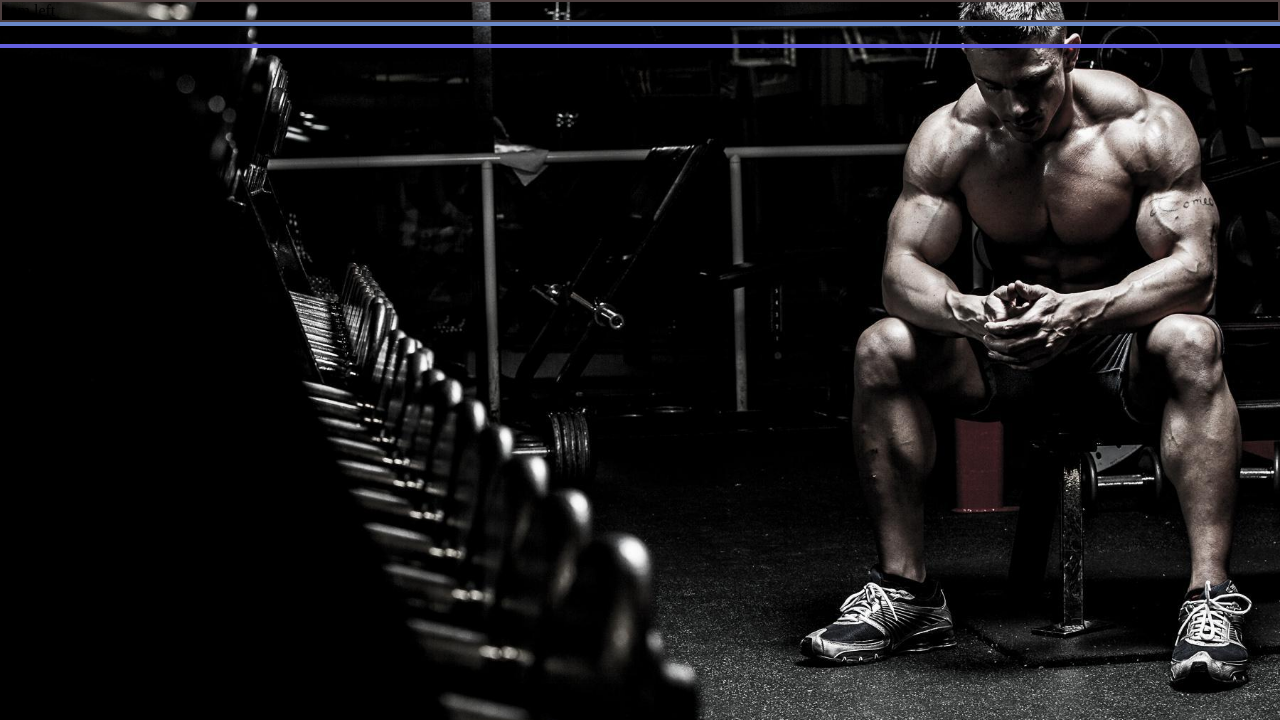
Repository: asthaasquare/project-1
Page: project-1/index.html
These files come from the project's save history. The page is drawn as it stood at one moment and after the next save; the edit follows.
The browser window is 1280 px wide. The pictures show the whole page.

Above is the page before, as saved 2024-05-09 10:10:16.

After the next save:
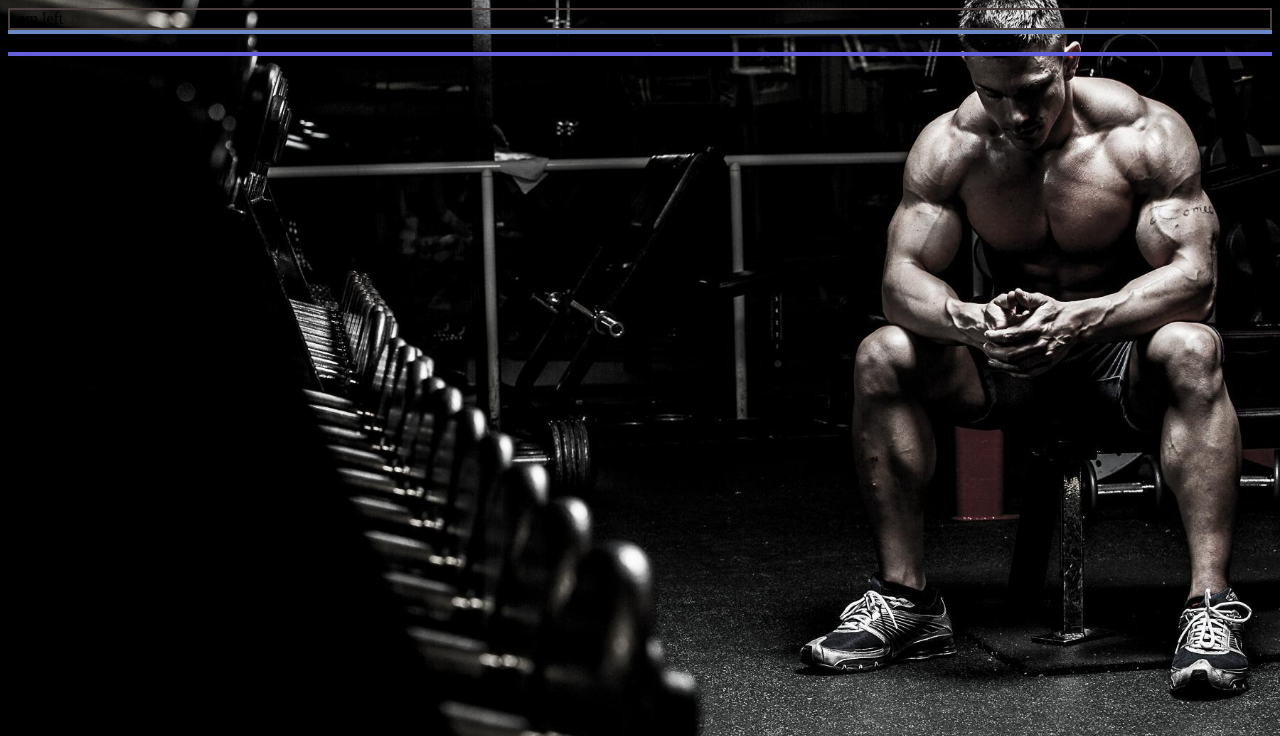
Saved 28 s later.
--- a/project-1/index.html
+++ b/project-1/index.html
@@ -6,6 +6,7 @@
     <title>Fit World</title>
     <style>
       body {
+        col
         margin: 0;
         padding: 0;
         background-image: url("img/1087639.jpg");

After the save that followed:
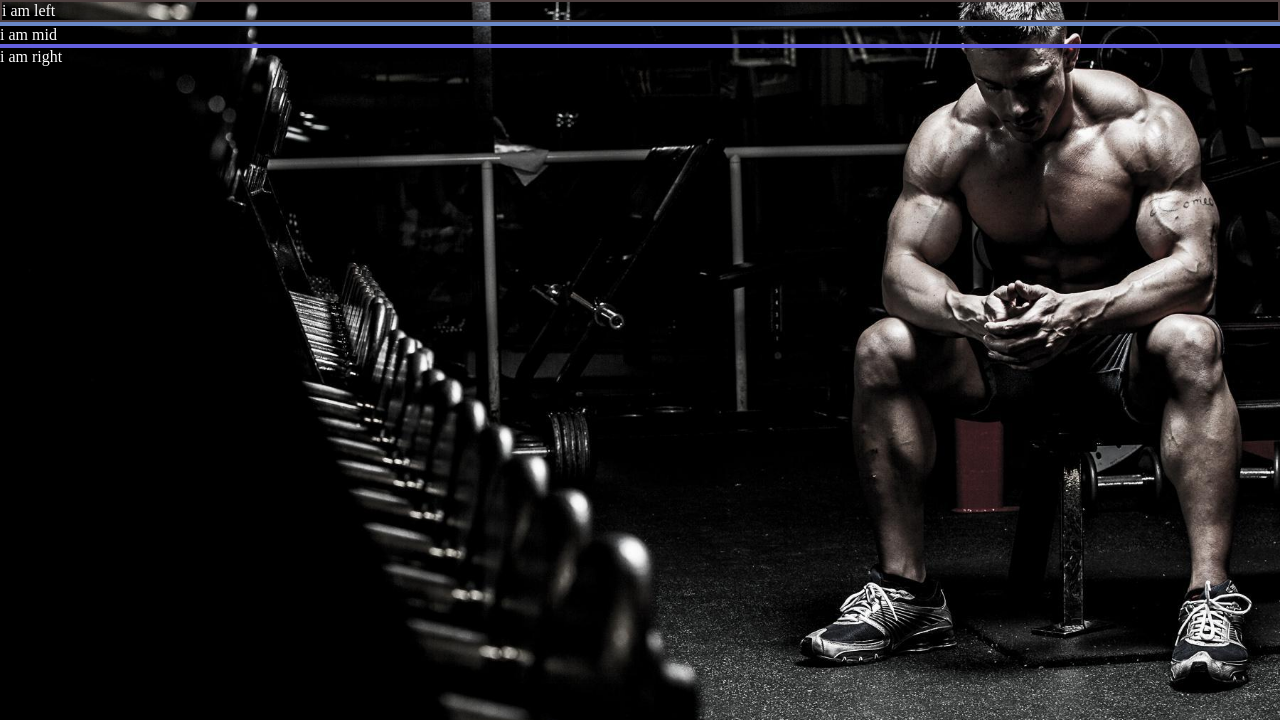
Saved 5 s later.
--- a/project-1/index.html
+++ b/project-1/index.html
@@ -6,7 +6,7 @@
     <title>Fit World</title>
     <style>
       body {
-        col
+        color: white;
         margin: 0;
         padding: 0;
         background-image: url("img/1087639.jpg");
